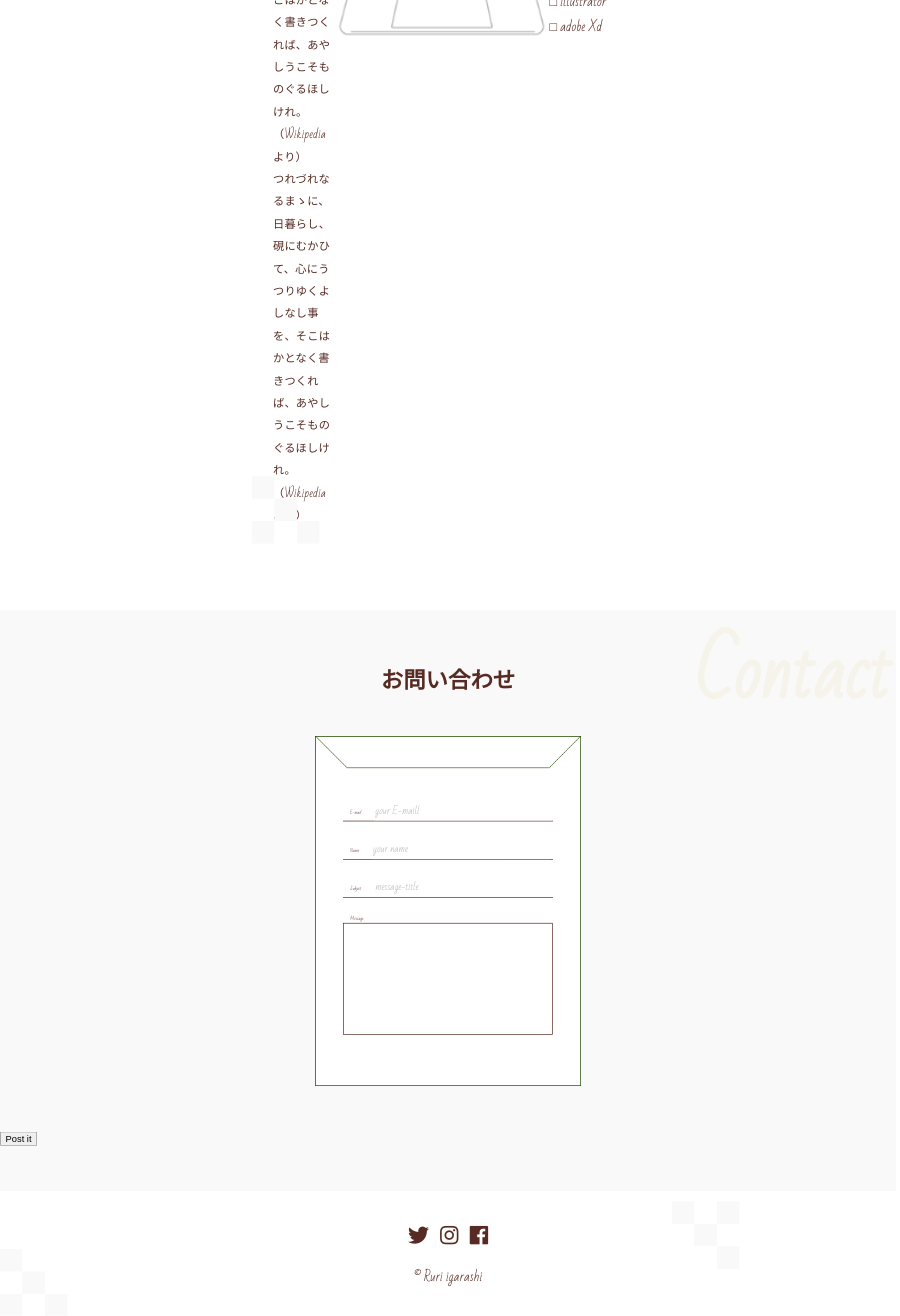
Repository: ppmp556/igarashi.kakuu
Page: index.html
The author's editor kept a copy of each file at every save. The page is drawn from the files as they stood at one save, then again after the next save.
The browser window is 1280 px wide. The page is 1286 px wide, so the pictures cover 1286 px, including what lies to the right of the window. The pictures show the part of the page from y = 4098 to 5978 px (the page is 5978 px tall), at 70% of full size.
Some web libraries are served in a nearby version. The style sheet was rebuilt from its Sass, Less or Tailwind sources for each picture, by a compiler version that may differ from the author's.

Above is the page before, as saved 2020-11-06 09:39:44.

### index.html
<!DOCTYPE html>
<html lang="ja">
    <head>
        <meta charset="UTF-8">
        <meta name="viewport" content="width=device-width, initial-scale=1.0, maximum-scale=1.0, minimum-scale=1.0">
        <link rel="stylesheet" href="faundation.css" type="text/css">
        <link rel="stylesheet" href="css/style.css" type="text/css">
        <link href="https://use.fontawesome.com/releases/v5.6.1/css/all.css" rel="stylesheet">
        <link href="https://fonts.googleapis.com/css?family=Bad+Script" rel="stylesheet">
        <link href="https://fonts.googleapis.com/css?family=Sawarabi+Gothic" rel="stylesheet">
        <link rel="img" href="image">
        <title>架空LP</title>

    </head>
    <body>

    <div class="container">
        <header class="header">
            <h1 class="header_ttl">
                <a href="index.html" class="header_link">My Portfolio</a><!-- /.header_link -->
            </h1><!-- /.header_ttl -->
            <nav class="nav">
                <div class="nav_wrapper" id="nav_lists">
                    <!-- ハンバーガーメニュー部分 -->
                    <div class="toggle_btn" id="nav_toggler">
                        <span class="toggle_line __tg1"></span>
                        <span class="toggle_line __tg2"></span>
                        <span class="toggle_line __tg3"></span>
                    </div>
                    <!-- ハンバーガーメニューここまで -->
                </div>
                <ul class="nav_list flex">
                    <li class="nav_item">
                        <a href="#" class="nav_link">Profile<span class="nav_sp">プロフィール</a><!-- /.nav_link -->
                    </li><!-- /.nav_item -->
                    <li class="nav_item">
                        <a href="#" class="nav_link">Works<span class="nav_sp">実績一覧</a><!-- /.nav_link -->
                    </li><!-- /.nav_item -->
                    <li class="nav_item">
                        <a href="#" class="nav_link">Skill<span class="nav_sp">スキル</a><!-- /.nav_link -->
                    </li><!-- /.nav_item -->
                    <li class="nav_item">
                        <a href="#" class="nav_link">Contact<span class="nav_sp">お問い合わせ</a><!-- /.nav_link -->
                    </li><!-- /.nav_item -->
                </ul><!-- /.nav_list -->
            </nav><!-- /.nav -->
        </header><!-- /.header -->

        <div class="kv">
            <div class="kv_txtbox">
                <p class="kv_txt">I love this job from the bottom of my heart.</p><!-- /.kv_txt -->
                <p class="kv_txt __subtxt">私はこの仕事が大好きだ</p><!-- /.kv_txt -->
            </div><!-- /.kv_txtbox -->
            <div class="contact_box">
                <a href="#" class="contact_link">Contact</a><!-- /.contact_link -->
            </div><!-- /.contact_box -->
        </div><!-- /.kv -->
        <main>
            <div class="inner">

                <section class="prof" id="prof">
                    <div class="section_ttlbox">
                        <h2 class="prof_ttl">プロフィール</h2><!-- /.prof_ttl -->
                        <!-- <span class="prof_sub">Profile</span> -->
                    </div><!-- /.section_ttlbox -->
                    <div class="prof_inner">
                            <div class="prof_imgbox">
                                <img src="images/profile/profile.png" alt="#" class="prof_img">
                            </div><!-- /.prof_imgbox -->
                            <div class="prof_content">
                                <p class="prof_txt">
                                    つれづれなるまゝに、日暮らし、硯にむかひて<br>
                                    心にうつりゆくよしなし事を、<br>
                                    そこはかとなく書きつくれば、あやしうこそ
                                    ものぐるほしけれ。（Wikipediaより）<br>
                                    つれづれなるまゝに、日暮らし、硯にむかひ
                                    て、心にうつりゆくよしなし事を、そこはか
                                    となく書きつくれば、あやしうこそものぐる
                                    ほしけれ。（Wikipediaより）<br>
                                    つれづれなるまゝに、日暮らし、硯にむかひ
                                    て、心にうつりゆくよしなし事を、そこはか
                                    となく書
                                </p><!-- /.prof_txt -->
                                <div class="section_btnbox">
                                    <div class="flex">
                                        <div class="site_btn">
                                            <a href="#" class="site_link">Instagram</a>
                                        </div><!-- /.site_btn -->
                                        <div class="site_btn">
                                            <a href="#" class="site_link">Twitter</a>
                                        </div><!-- /.site_btn -->
                                    </div><!-- /.flex -->
                                </div><!-- /.section_btnbox -->
                            </div><!-- /.prof_content -->
                    </div><!-- /.prof_inner -->
                </section><!-- /#prof.prof -->

                <section class="work" id="work">
                    <div class="work_inner">

                        <div class="section_ttlbox">
                            <h2 class="work_ttl">実績一覧</h2><!-- /.work_ttl -->
                            <!-- <span class="work_sub">Works</span> -->
                        </div><!-- /.section_ttlbox -->
                        <div class="work_container">
                            <ul class="work_list">
                                <li class="work_item">
                                    <div class="work_imgbox">
                                        <img src="images/work1/work1.png" alt="" class="work_img">
                                    </div><!-- /.work_imgbox -->
                                    <div class="work_content">
                                        <div class="work_txtbox">
                                            <h3 class="work_minttl ">制作物のタイトル</h3><!-- /.work_minttl -->
                                            <p class="work_txt">
                                                難しかった点は、つれづれなるまゝに、日暮らし、硯にむかひて、心にうつりゆくよしなし事を、そこはかとなく書きつくれば、あやしうこそものぐるほしけれるほしけれ。あやしうこそものぐるほしけれ。（Wikipediaより）というように解決しました。
                                            </p><!-- /.work_txt -->
                                        </div><!-- /.work_txtbox -->
                                        <div class="site_btn">
                                            <a href="#" class="site_link">サイトを見る</a>
                                        </div><!-- /.site_btn -->
                                    </div><!-- /.work_content -->
                                </li><!-- /.work_item -->
                                <li class="work_item">
                                    <div class="work_imgbox">
                                        <img src="images/work2/work2.png" alt="" class="work_img">
                                    </div><!-- /.work_imgbox -->
                                    <div class="work_content">
                                        <div class="work_txtbox">
                                            <h3 class="work_minttl">制作物のタイトル制作物のタイトルタイトル</h3><!-- /.work_minttl -->
                                            <p class="work_txt">
                                                難しかった点は、つれづれなるまゝに、日暮らし、硯にむかひて、心にうつりゆくよしなし事を、そこはかとなく書きつくれば、あやしうこそものぐるほしけれるほしけれ。あやしうこそものぐるほしけれ。（Wikipediaより）というように解決しました。
                                            </p><!-- /.work_txt -->
                                        </div><!-- /.work_txtbox -->
                                        <div class="site_btn">
                                            <a href="#" class="site_link">サイトを見る</a>
                                        </div><!-- /.site_btn -->
                                    </div><!-- /.work_content -->
                                </li><!-- /.work_item -->
                                <li class="work_item">
                                    <div class="work_imgbox">
                                        <img src="images/work3/work3.png" alt="" class="work_img">
                                    </div><!-- /.work_imgbox -->
                                    <div class="work_content">
                                        <div class="work_txtbox">
                                            <h3 class="work_minttl">制作物のタイトル</h3><!-- /.work_minttl -->
                                            <p class="work_txt">
                                                難しかった点は、つれづれなるまゝに、日暮らし、硯にむかひて、心にうつりゆくよしなし事を、そこはかとなく書きつくれば、あやしうこそものぐるほしけれるほしけれ。あやしうこそものぐるほしけれ。（Wikipediaより）というように解決しました。
                                            </p><!-- /.work_txt -->
                                        </div><!-- /.work_txtbox -->
                                        <div class="site_btn">
                                            <a href="#" class="site_link">サイトを見る</a>
                                        </div><!-- /.site_btn -->
                                    </div><!-- /.work_content -->
                                </li><!-- /.work_item -->
                            </ul><!-- /.work_list -->
                        </div><!-- /.work_imgbox -->
                    </div><!-- /.work_inner -->
                </section><!-- /#work.work -->

                <section class="skill" id="skill">
                    <div class="section_ttlbox">
                        <h2 class="skill_ttl">スキル</h2><!-- /.skill_ttl -->
                        <!-- <span class="skill_sub">Skill</span> -->
                    </div><!-- /.section_ttlbox -->
                    <div class="skill_inner">
                        <div class="flex">
                            <div class="skill_txtbox">
                                <p class="skill_txt">
                                    つれづれなるまゝに、日暮らし、硯にむかひて、<br>
                                    心にうつりゆくよしなし事を、そこはかとなく書きつくれば、あやしうこそものぐるほしけれ。（Wikipediaより）<br>
                                    つれづれなるまゝに、日暮らし、硯にむかひて、心にうつりゆくよしなし事を、そこはかとなく書きつくれば、あやしうこそものぐるほしけれ。（Wikipediaより）
                                </p><!-- /.skill_txt -->
                            </div><!-- /.skill_txtbox -->
                            <div class="skill_listbox flex">
                                <div class="skill_imgbox">
                                    <img src="images/1544078499/1544078499.png" alt="" class="skill_img">
                                </div><!-- /.skill_imgbox -->
                                <ul class="skill_list">
                                    <li class="skill_item">□ HTML/CSS</li><!-- /.skill_item -->
                                    <li class="skill_item">□ Sass</li><!-- /.skill_item -->
                                    <li class="skill_item">□ JavaScript</li><!-- /.skill_item -->
                                    <li class="skill_item">□ Jquery</li><!-- /.skill_item -->
                                    <li class="skill_item">□ PHP</li><!-- /.skill_item -->
                                    <li class="skill_item">□ Photoshop</li><!-- /.skill_item -->
                                    <li class="skill_item">□ illustrator</li><!-- /.skill_item -->
                                    <li class="skill_item">□ adobe Xd</li><!-- /.skill_item -->
                                </ul><!-- /.skill_list -->
                            </div><!-- /.skill_listbox -->
                        </div><!-- /.flex -->
                    </div><!-- /.skill_inner -->
                </section><!-- /#skill.skii -->

                <section class="contact" id="contact">
                    <div class="section_ttlbox">
                        <h2 class="contact_ttl">お問い合わせ</h2><!-- /.contact_ttl -->
                        <!-- <span class="contact_sub">Contact</span> -->
                    </div><!-- /.section_ttlbox -->
                    <form action="#" class="contact_form">
                        <div class="contact_inner">
                            <div class="form ord1">
                                <div class="form2">

                                    <label for="email" class="form_ttl">E-mail</label>
                                    <input type="email" class="form_box" name="your-E-mail" placeholder="your E-maill">
                                </div>
                            </div>
                            <div class="form ord2">
                                <div class="form2">
                                        <label for="name" class="form_ttl">Name</label>
                                        <input type="text" class="form_box" name="your name" placeholder="your name">

                                </div>
                            </div>
                            <div class="form ord3">
                                <div class="form2">
                                    <label for="subject" class="form_ttl">Subject</label>
                                    <input type="subject" class="form_box" name="message-title" placeholder="message-title">
                                </div>
                            </div>
                            <div class="form ord4">
                                <div class="form2">
                                    <label for="message" class="form_ttl">Message</label>
                                    <textare name="contents" class="form_area" name="contents" placeholder="contents" rows="4" cols="40"></textare>
                                </div>
                            </div>
                        </div><!-- /.contact_inner -->
                    </form>
                    <div class="contact_btnbox">
                        <input type="submit" value="Post it" class="contact_btn">
                    </div>
                </section><!-- /#contact.contact -->
            </div><!-- /.inner -->

        </main>


        <footer class="footer">
            <div class="footer_inner">
                <div class="footer_sharbox">
                    <ul class="footer_sharelist">
                        <li class="footer_item"><i class="fab fa-twitter footer_icon"></i></li><!-- /.footer_item -->
                        <li class="footer_item"><i class="fab fa-instagram footer_icon"></i></li><!-- /.footer_item -->
                        <li class="footer_item"><i class="fab fa-facebook footer_icon"></i></li><!-- /.footer_item -->
                    </ul><!-- /.footer_sharalist -->
                </div><!-- /.footer_sharbox -->
            </div><!-- /.footer_inner -->
            <small class="footer_txt">&copy; Ruri igarashi</small>
        </footer><!-- /.footer -->
    </div><!-- /.container -->

        <script src="https://code.jquery.com/jquery-3.4.1.js"></script>
        <script src="menu.js"></script>

    </body>
</html>

### faundation.css

html,
body,
div,
span,
object,
iframe,
h1,
h2,
h3,
h4,
h5,
h6,
p,
blockquote,
pre,
abbr,
address,
cite,
code,
del,
dfn,
em,
img,
ins,
kbd,
q,
samp,
small,
strong,
sub,
sup,
var,
b,
i,
dl,
dt,
dd,
ol,
ul,
li,
fieldset,
form,
label,
legend,
table,
caption,
tbody,
tfoot,
thead,
tr,
th,
td,
article,
aside,
canvas,
details,
figcaption,
figure,
footer,
header,
hgroup,
menu,
nav,
section,
summary,
time,
mark,
audio,
video {
  margin: 0;
  padding: 0;
  border: 0;
  outline: 0;
  font-size: 100%;
  vertical-align: baseline;
  background: transparent;
}

body {
  line-height: 1.5;
}

article,
aside,
details,
figcaption,
figure,
footer,
header,
hgroup,
menu,
nav,
section {
  display: block;
}

ul,
ol {
  list-style: none;
}

table {
  border-collapse: collapse;
  border-spacing: 0;
}

a {
  color: inherit;
  text-decoration: none;
}

img {
  width: 100%;
  max-width: 100%;
  height: auto;
  vertical-align: bottom;
}

Loaded but not shown: menu.js (40 lines, source omitted); scss/style.scss (1330 lines, source omitted)

After the next save:
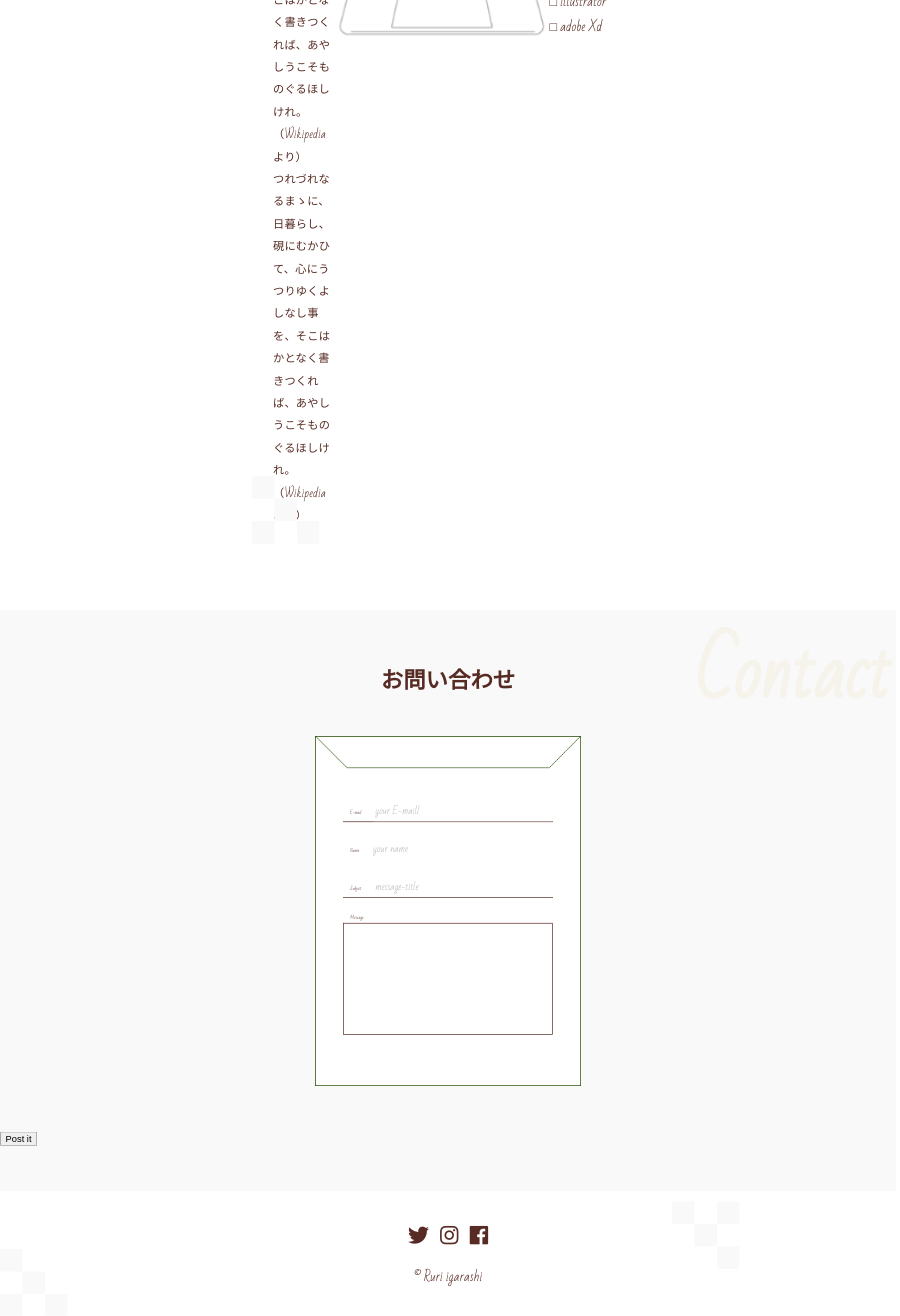
Saved 5 min 47 s later.
--- a/index.html
+++ b/index.html
@@ -197,32 +197,36 @@
                     </div><!-- /.section_ttlbox -->
                     <form action="#" class="contact_form">
                         <div class="contact_inner">
-                            <div class="form ord1">
-                                <div class="form2">
-
-                                    <label for="email" class="form_ttl">E-mail</label>
-                                    <input type="email" class="form_box" name="your-E-mail" placeholder="your E-maill">
-                                </div>
-                            </div>
-                            <div class="form ord2">
-                                <div class="form2">
-                                        <label for="name" class="form_ttl">Name</label>
-                                        <input type="text" class="form_box" name="your name" placeholder="your name">
-
-                                </div>
-                            </div>
-                            <div class="form ord3">
-                                <div class="form2">
-                                    <label for="subject" class="form_ttl">Subject</label>
-                                    <input type="subject" class="form_box" name="message-title" placeholder="message-title">
-                                </div>
-                            </div>
-                            <div class="form ord4">
-                                <div class="form2">
-                                    <label for="message" class="form_ttl">Message</label>
-                                    <textare name="contents" class="form_area" name="contents" placeholder="contents" rows="4" cols="40"></textare>
-                                </div>
-                            </div>
+                            <div class="contact_formwrap">
+                                <div class="form ord1">
+                                    <div class="form2">
+
+                                        <label for="email" class="form_ttl">E-mail</label>
+                                        <input type="email" class="form_box" name="your-E-mail" placeholder="your E-maill">
+                                    </div>
+                                </div>
+                                <div class="form ord2">
+                                    <div class="form2">
+                                            <label for="name" class="form_ttl">Name</label>
+                                            <input type="text" class="form_box" name="your name" placeholder="your name">
+
+                                    </div>
+                                </div>
+                            </div><!-- /.contact_formwrap -->
+                            <div class="contact_formwrap">
+                                <div class="form ord3">
+                                    <div class="form2">
+                                        <label for="subject" class="form_ttl">Subject</label>
+                                        <input type="subject" class="form_box" name="message-title" placeholder="message-title">
+                                    </div>
+                                </div>
+                                <div class="form ord4">
+                                    <div class="form2">
+                                        <label for="message" class="form_ttl">Message</label>
+                                        <textare name="contents" class="form_area" name="contents" placeholder="contents" rows="4" cols="40"></textare>
+                                    </div>
+                                </div>
+                            </div><!-- /.contact_formwrap -->
                         </div><!-- /.contact_inner -->
                     </form>
                     <div class="contact_btnbox">
